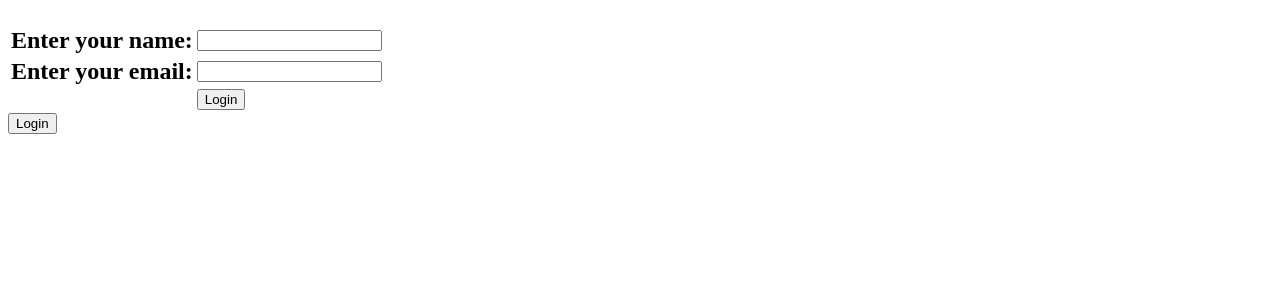
Repository: mycloud2k12/MyCloud
Page: http://localhost/Hackathon/login.jsp
The author's editor kept a copy of each file at every save. The page is drawn from the files as they stood at one save, then again after the next save.
The browser window is 1280 px wide. The pictures show the whole page.
The page is served by Tomcat 9.

Above is the page before, as saved 2012-04-26 10:51:45.

After the next save:
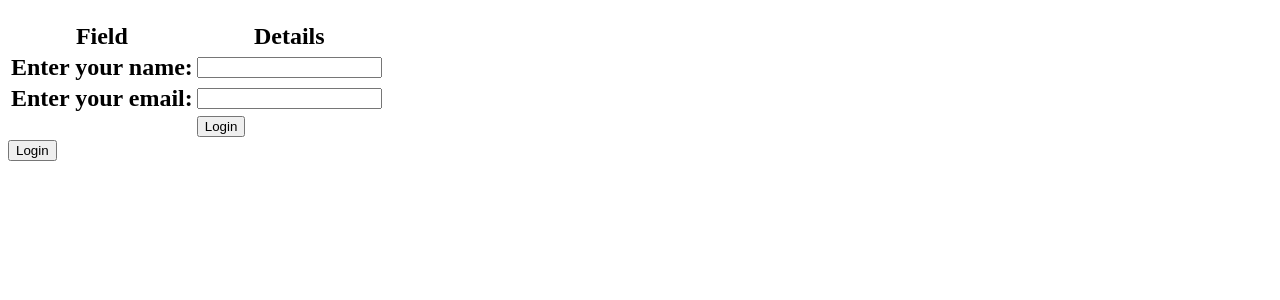
Saved 115 s later.
--- a/MyCloud/workspace/Hackathon/WebContent/login.jsp
+++ b/MyCloud/workspace/Hackathon/WebContent/login.jsp
@@ -13,8 +13,8 @@
         <table border="0">
         <thead>
             <tr>
-                <th></th>
-                <th></th>
+                <th>Field</th>
+                <th>Details</th>
             </tr>
         </thead>
         <tbody>
